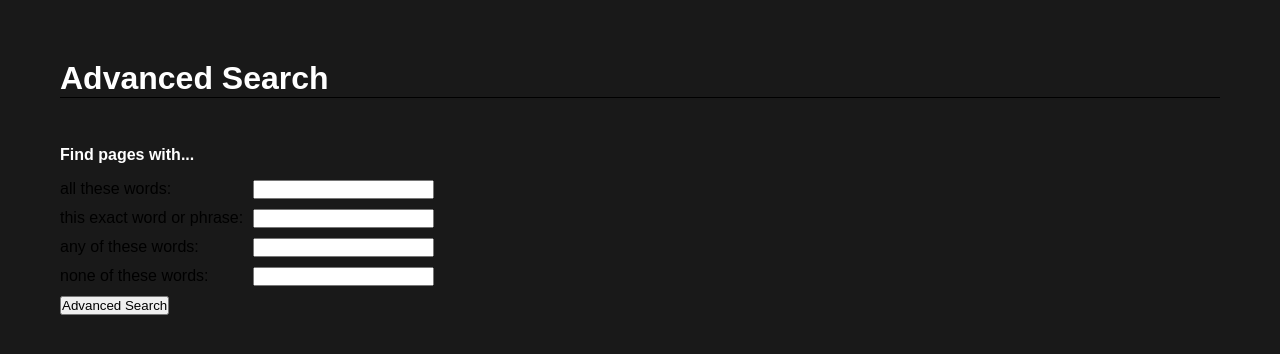
Repository: etentuk/search
Page: advanced_search.html
These files come from the project's save history. The page is drawn as it stood at one moment and after the next save; the edit follows.
The browser window is 1280 px wide. The pictures show the whole page.

Above is the page before, as saved 2021-11-04 23:12:12.

### advanced_search.html
<!DOCTYPE html>
<html lang="en">

<head>
    <title>Advanced Search</title>
    <link rel="stylesheet" href="styles.css">
</head>

<body>

    <div id="container">
        <div id="title">
            <h1>Advanced Search</h1>
        </div>
        <h4>Find pages with...</h4>
        <form action="https://google.com/search" class="form-example">
            <div style="display: table-row;">
                <div class="form-example">
                    <label for="as_q">all these words: </label>
                    <input type="text" id="as_q" name="as_q">
                </div>
                <div class="form-example">
                    <label for="as_epq">this exact word or phrase: </label>
                    <input type="text" id="as_epq" name="as_epq">
                </div>
                <div class="form-example">
                    <label for="as_oq">any of these words: </label>
                    <input type="text" id="as_oq" name="as_oq">
                </div>
                <div class="form-example">
                    <label for="as_eq">none of these words: </label>
                    <input type="text" id="as_eq" name="as_eq">
                </div>
            </div>
            <input type="submit" value="Advanced Search">
        </form>
    </div>
</body>

</html>

### styles.css
* {
  margin: 0;
  padding: 0;
  box-sizing: border-box;
}

form.form-example {
  display: table;
}

div.form-example {
  display: table-row;
}

label,
input {
  display: table-cell;
  margin-bottom: 10px;
}

label {
  padding-right: 10px;
}

#title {
  border-bottom: 1px solid black;
  color: #fff;
  /* border-width: 10px; */
}

#container {
  font-family: Arial, Helvetica, sans-serif;
  background-color: rgba(0, 0, 0, 0.9);
  min-height: 100vh;
  padding: 60px;
}

#container h4 {
  padding: 3rem 0 1rem 0;
  color: #fff;
}

After the next save:
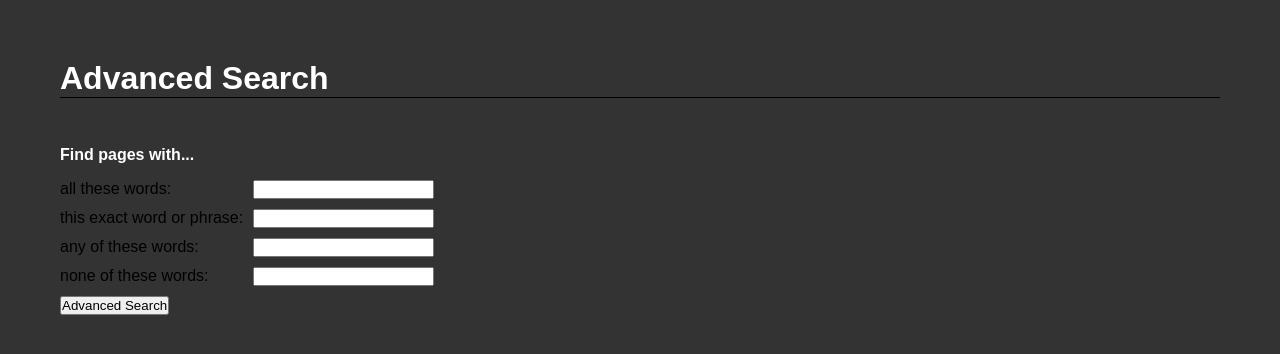
Saved 18 s later.
--- a/styles.css
+++ b/styles.css
@@ -30,7 +30,7 @@ label {
 
 #container {
   font-family: Arial, Helvetica, sans-serif;
-  background-color: rgba(0, 0, 0, 0.9);
+  background-color: rgba(0, 0, 0, 0.8);
   min-height: 100vh;
   padding: 60px;
 }
